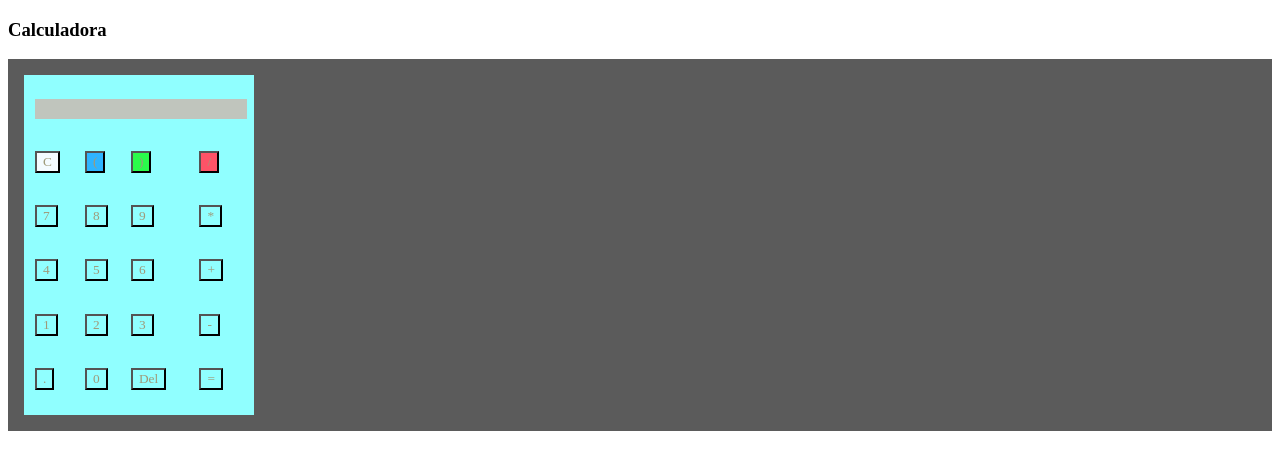
Repository: ServerK001/CalcJsVanilha
Page: index.html
An editor plug-in stored every save of this project. The page is shown before and after the next save, followed by the edit.
The browser window is 1280 px wide. The pictures show the whole page.
Some web fonts or font styles are not loaded; a fallback is used.

Above is the page before, as saved 2022-02-14 20:52:29.

After the next save:
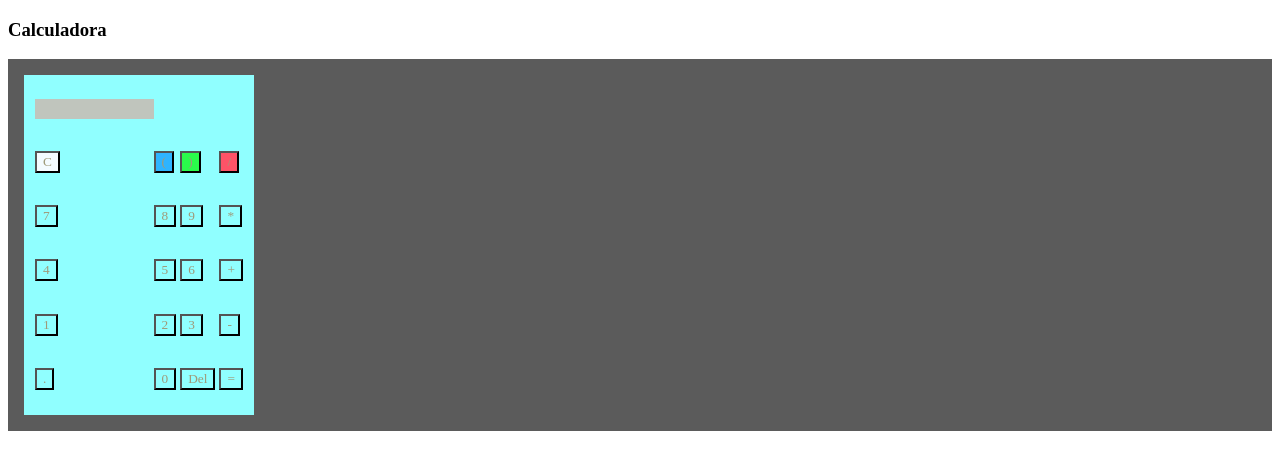
Saved 15 s later.
--- a/index.html
+++ b/index.html
@@ -17,7 +17,7 @@
 <div class="body">
             <table class="calculadora">
                 <tr>
-                    <td colspan="4"><input type="text" class="display"></td>
+                    <td ><input type="text" class="display"></td>
                 </tr>
 
                 <tr>

After the save that followed:
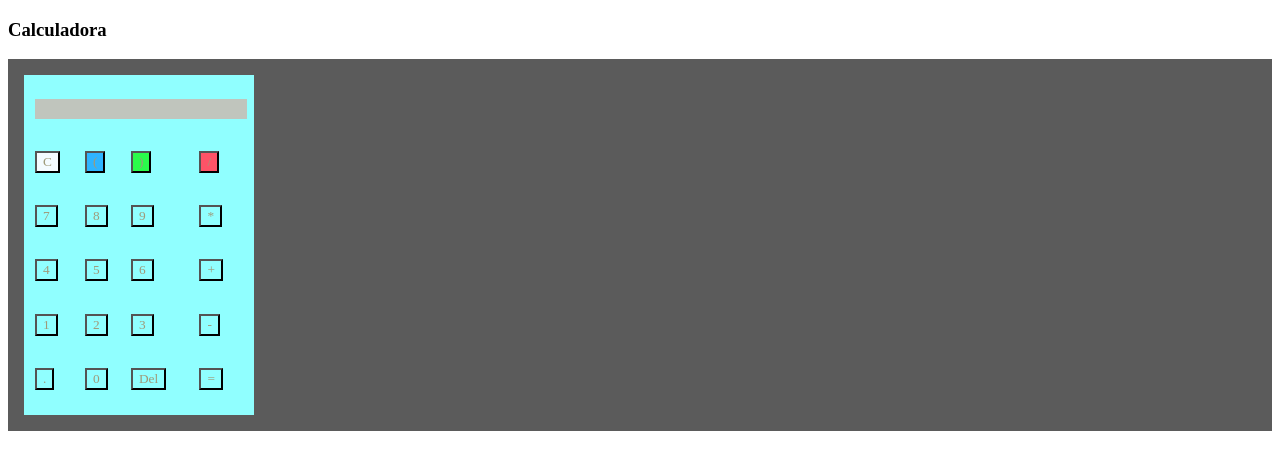
Saved 6 s later.
--- a/index.html
+++ b/index.html
@@ -17,7 +17,7 @@
 <div class="body">
             <table class="calculadora">
                 <tr>
-                    <td ><input type="text" class="display"></td>
+                    <td colspan="4"><input type="text" class="display"></td>
                 </tr>
 
                 <tr>
